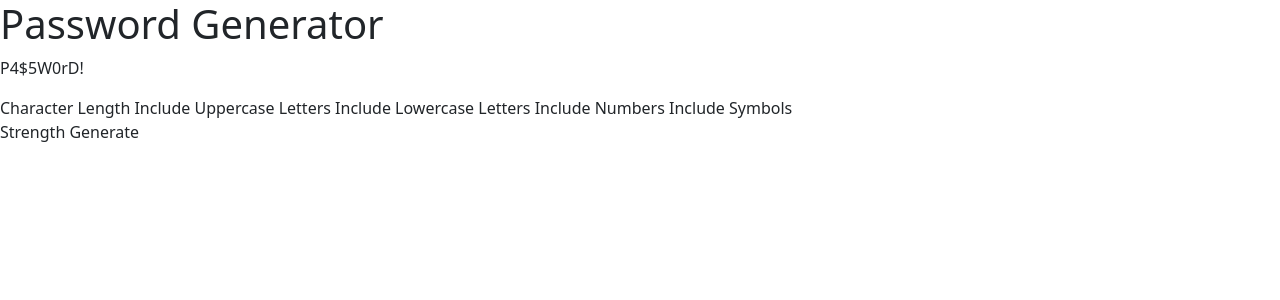
Repository: blordeus/password-generator-app
Page: starter-code/index.html
The author's editor kept a copy of each file at every save. The page is drawn from the files as they stood at one save, then again after the next save.
The browser window is 1280 px wide. The pictures show the whole page.

Above is the page before, as saved 2023-10-05 15:53:59.

### starter-code/index.html
<!DOCTYPE html>
<html lang="en">
<head>
  <meta charset="UTF-8">
  <meta name="viewport" content="width=device-width, initial-scale=1.0">
  <link href="https://cdn.jsdelivr.net/npm/bootstrap@5.3.2/dist/css/bootstrap.min.css" rel="stylesheet" integrity="sha384-T3c6CoIi6uLrA9TneNEoa7RxnatzjcDSCmG1MXxSR1GAsXEV/Dwwykc2MPK8M2HN" crossorigin="anonymous">
  <script src="https://cdn.jsdelivr.net/npm/bootstrap@5.3.2/dist/js/bootstrap.bundle.min.js" integrity="sha384-C6RzsynM9kWDrMNeT87bh95OGNyZPhcTNXj1NW7RuBCsyN/o0jlpcV8Qyq46cDfL" crossorigin="anonymous" defer></script>
  <link rel="icon" type="image/png" sizes="32x32" href="./assets/images/favicon-32x32.png">
  <link rel="stylesheet" href="./assets/style.css">
  <link href="https://fonts.googleapis.com/css2?family=JetBrains+Mono:wght@700&display=swap" rel="stylesheet">
  <title>Frontend Mentor | Password generator app</title>
</head>
<body>
<main>

    <h1>Password Generator</h1>

    <p>P4$5W0rD!</p>

    <div>
      Character Length
      Include Uppercase Letters
      Include Lowercase Letters
      Include Numbers
      Include Symbols
    </div>
    <div>
      Strength
      Generate
    </div>
</main>

</body>
</html>

### starter-code/assets/style.css
:root {
    /* colors */
    --clr-darkGrey: 248 10% 15%;
    --clr-grey: 251 9% 53%;
    --clr-almostWhite: 252 11% 91%;
    --clr-veryDarkGrey: 248 15% 11%;
    --clr-neonGreen: 127 100% 82%;
    --clr-red: 0 91% 63%;
    --clr-orange: 13 95% 66%;
    --clr-yellow: 42 91% 68%;

    /* font-sizes */
    --fs-1: 1.5rem;
    --fs-2: 1.125rem;
    --fs-3: 1rem;
  }

  @media (min-width: 35em) {
    :root {
      --fs-1: 2rem;
      --fs-2: 1.5rem;
      --fs-3: 1.125rem;
    }
  }

After the next save:
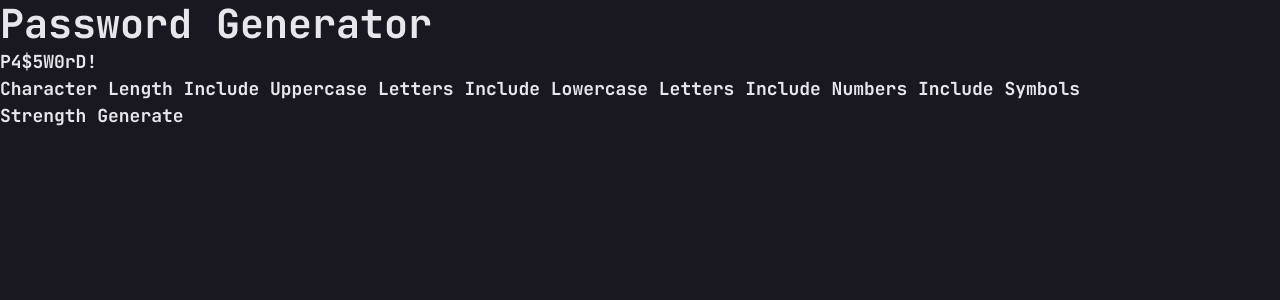
Saved 26 s later.
--- a/starter-code/assets/style.css
+++ b/starter-code/assets/style.css
@@ -1,3 +1,7 @@
+/* ------------------- */
+/* Custom properties   */
+/* ------------------- */
+
 :root {
     /* colors */
     --clr-darkGrey: 248 10% 15%;
@@ -22,3 +26,51 @@
       --fs-3: 1.125rem;
     }
   }
+
+  /* ------------------- */
+  /* Reset               */
+  /* ------------------- */
+
+  /* https://piccalil.li/blog/a-modern-css-reset/ */
+
+  /* Box sizing */
+  *,
+  *::before,
+  *::after {
+    box-sizing: border-box;
+  }
+
+  /* Reset margins */
+  body,
+  h1,
+  h2,
+  h3,
+  h4,
+  h5,
+  p,
+  figure,
+  picture {
+    margin: 0;
+  }
+
+  h1,
+  h2,
+  h3,
+  h4,
+  h5,
+  h6,
+  p {
+    font-weight: 400;
+  }
+
+  /* set up the body */
+  body {
+    font-family: "JetBrains Mono", monospace;
+    font-size: var(--fs-3);
+    font-weight: 700;
+    color: hsl(var(--clr-almostWhite));
+    background-color: hsl(var(--clr-veryDarkGrey));
+    min-height: 100vh;
+
+    overflow-x: hidden;
+  }
